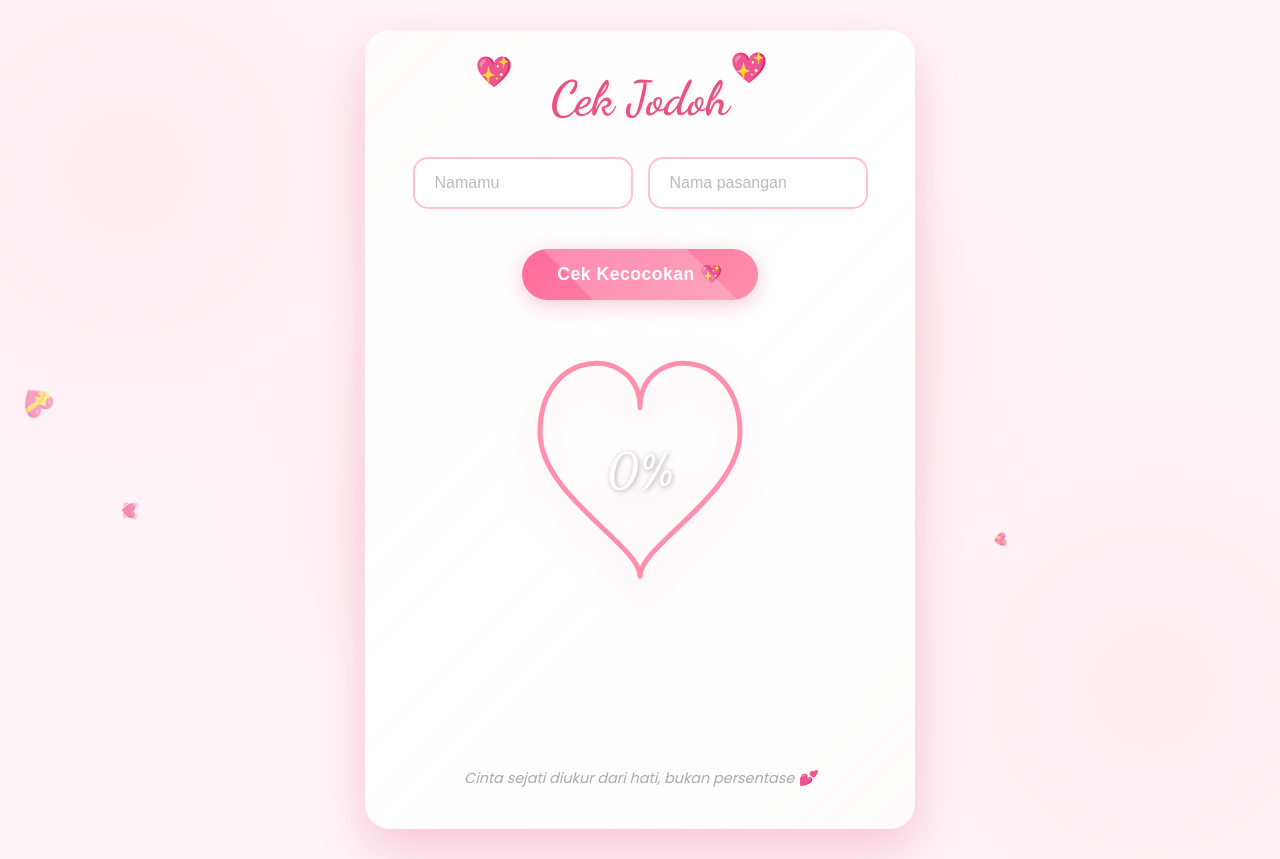
Repository: zhr-nabila/cek-jodoh
Page: cek.html
The author's editor kept a copy of each file at every save. The page is drawn from the files as they stood at one save, then again after the next save.
The browser window is 1280 px wide. The pictures show the whole page.

Above is the page before, as saved 2025-06-10 00:39:46.

After the next save:
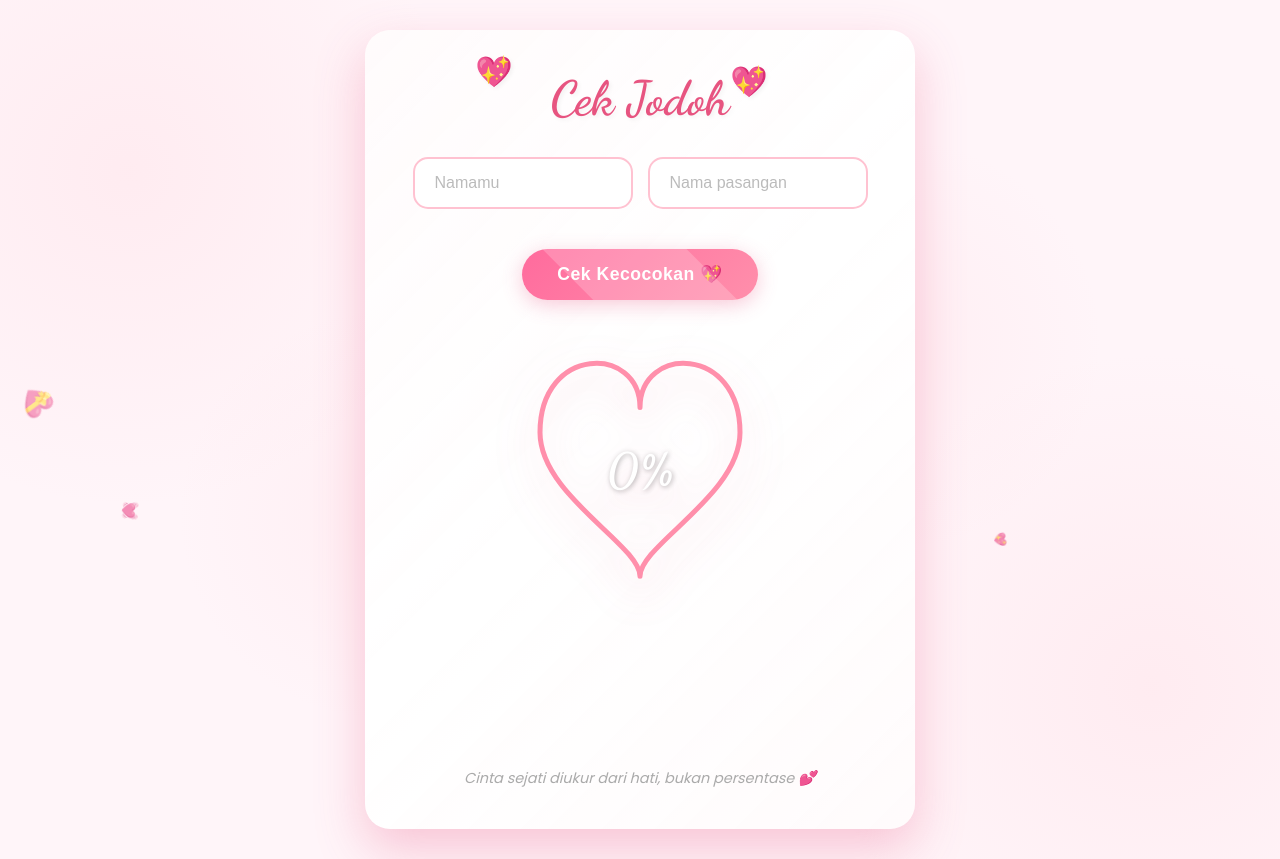
Saved 5 s later.
--- a/cek.html
+++ b/cek.html
@@ -127,7 +127,7 @@
       }
 
       h1::after {
-        top: -19px;
+        top: -5px;
         right: 23%;
       }
 
